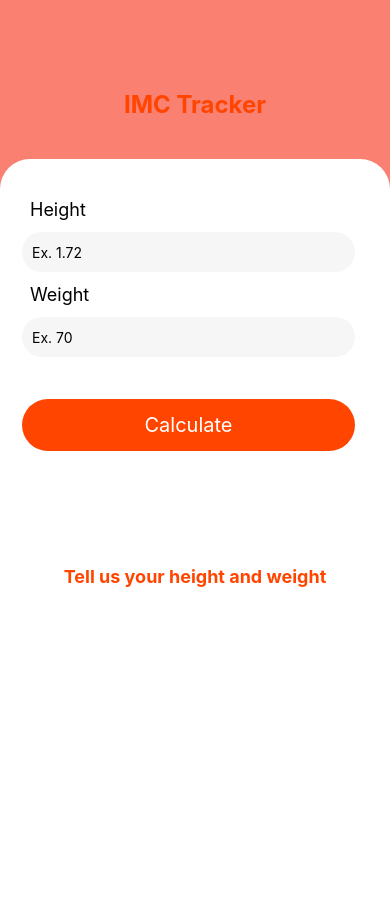
Repository: rubenmatias08/IMCTracker
Screen: /
An editor plug-in stored every save of this project. The screen is shown before and after the next save, followed by the edit.
The app was drawn by React Native's web renderer in a window 390 px wide. The project was rebuilt for these pictures with package versions that can differ from the ones it lists, and the page was loaded fresh each time.

Above is the screen before, as saved 2024-03-11 00:40:30.

After the next save:
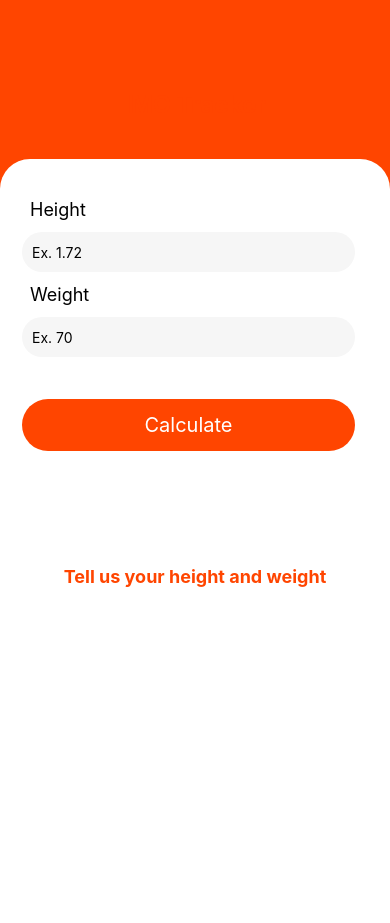
Saved 45 s later.
--- a/App.js
+++ b/App.js
@@ -14,7 +14,7 @@ export default function App() {
 const styles = StyleSheet.create({
   container: {
     flex: 1,
-    backgroundColor: '#FA8072',
+    backgroundColor: '#FF4500',
     paddingTop: 80,
 
   },
